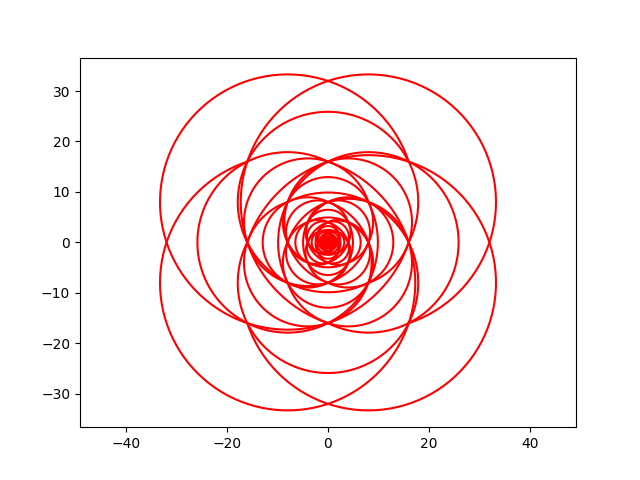
Repository: lbylzkx/Circle-Point-Manuscript
Script's output: python 卍spiral.py
These files come from the project's save history. The script's output is drawn as it stood at one moment and after the next save; the edit follows.
Random numbers start from a fixed seed.

Above is the script's output before, as saved 2023-09-25 16:39:48.

### 卍spiral.py
import numpy as np
import matplotlib.pyplot as plt
from arc import *


# The points of 卍 or lotus

# 正旋(右旋)
# center:
def loutus_x_center(n, thelta=0):
    return np.sqrt(2)**(n-1)*np.cos(n*np.pi/4+3*np.pi/4+thelta)


def loutus_y_center(n, thelta=0):
    return np.sqrt(2)**(n-1)*np.sin(n*np.pi/4+3*np.pi/4+thelta)


# from:
def x_position(n, thelta=0):
    return np.sqrt(2)**n*np.cos(n*np.pi/4+thelta)


def y_position(n, thelta=0):
    return np.sqrt(2)**n*np.sin(n*np.pi/4+thelta)

# to:


def loutus_x_to(n, thelta=0):
    return np.sqrt(2)**(n+1)*np.cos(n*np.pi/4+np.pi/4+thelta)


def loutus_y_to(n, thelta=0):
    return np.sqrt(2)**(n+1)*np.sin(n*np.pi/4+np.pi/4+thelta)

# 逆旋(左旋)
# center:


def loutus_x_center_inverse(n, thelta=0):
    return np.sqrt(2)**(n-1)*np.cos(n*np.pi/4+7*np.pi/4+thelta)


def loutus_y_center_inverse(n, thelta=0):
    return np.sqrt(2)**(n-1)*np.sin(n*np.pi/4+7*np.pi/4+thelta)


# from:
def loutus_x_from_inverse(n, thelta=0):
    return np.sqrt(2)**(n+1)*np.cos(n*np.pi/4+thelta)


def loutus_y_from_inverse(n, thelta=0):
    return np.sqrt(2)**(n+1)*np.sin(n*np.pi/4+thelta)


# to:


def loutus_x_to_inverse(n, thelta=0):
    return np.sqrt(2)**n*np.cos(n*np.pi/4+np.pi/2+thelta)


def loutus_y_to_inverse(n, thelta=0):
    return np.sqrt(2)**n*np.sin(n*np.pi/4+np.pi/2+thelta)


for alpha in range(0, 4):
    for n in range(-10, 9):
        arc((loutus_x_center(n, alpha*np.pi/2), loutus_y_center(n, alpha*np.pi/2)),
            (x_position(n, alpha*np.pi/2), y_position(n, alpha*np.pi/2)), (loutus_x_to(n, alpha*np.pi/2), loutus_y_to(n, alpha*np.pi/2)), 'r')
    # arc((loutus_x_center_inverse(n, alpha*np.pi/2), loutus_y_center_inverse(n, alpha*np.pi/2)),
    #     (x_position_inverse(n, alpha*np.pi/2), y_position_inverse(n, alpha*np.pi/2)), (loutus_x_to_inverse(n, alpha*np.pi/2), loutus_y_to_inverse(n, alpha*np.pi/2)), 'r')
# arc((loutus_x_center_inverse(8, alpha*np.pi/2), loutus_y_center_inverse(8, alpha*np.pi/2)),
#     (x_position_inverse(8, alpha*np.pi/2), y_position_inverse(8, alpha*np.pi/2)), (loutus_x_to_inverse(8, alpha*np.pi/2), loutus_y_to_inverse(8, alpha*np.pi/2)), 'r')
plt.axis('equal')
plt.show()

### arc.py
import matplotlib.pyplot as plt
import numpy as np
import sys
sys.path.append('C:/Userslbylzk/Documents/BaiduSyncdisk/Flowers')

""""""
# 从point2到point1的圆弧
""""""

# 顺时针


def arc(center, point1, point2, color='b'):
    # 计算端点到圆心的向量
    vector1 = np.array(point1) - np.array(center)
    vector2 = np.array(point2) - np.array(center)

    # 计算向量的模长
    r1 = np.linalg.norm(vector1)
    r2 = np.linalg.norm(vector2)

    # 计算向量之间的夹角
    theta1 = np.arctan2(vector1[1], vector1[0])
    theta2 = np.arctan2(vector2[1], vector2[0])

    # 确保 theta2 > theta1
    if theta1 < theta2:
        theta1 += 2 * np.pi

    # 计算圆弧上的点
    t = np.linspace(theta1, theta2, 100)
    x = center[0] + r1 * np.cos(t)
    y = center[1] + r1 * np.sin(t)

    # X,Y轴等长
    plt.axis('equal')
    # 绘制圆弧
    plt.plot(x, y, color)

# 逆时针


def arc_inverse(center, point1, point2, color='b'):
    # 计算端点到圆心的向量
    vector1 = np.array(point1) - np.array(center)
    vector2 = np.array(point2) - np.array(center)

    # 计算向量的模长
    r1 = np.linalg.norm(vector1)
    r2 = np.linalg.norm(vector2)

    # 计算向量之间的夹角
    theta1 = np.arctan2(vector1[1], vector1[0])
    theta2 = np.arctan2(vector2[1], vector2[0])

    # 确保 theta2 > theta1
    if theta2 < theta1:
        theta2 += 2 * np.pi

    # 计算圆弧上的点
    t = np.linspace(theta1, theta2, 100)
    x = center[0] + r1 * np.cos(t)
    y = center[1] + r1 * np.sin(t)

    # X,Y轴等长
    plt.axis('equal')
    # 绘制圆弧
    plt.plot(x, y, color)


# 示例
# arc((1, 1), (2, 1), (1, 0), 'r')
# arc((1, 1), (1, 0), (2, 1), 'r')
# arc_inverse((1, 1), (1, 0), (2, 1), 'g')
# plt.axis('equal')
# plt.show()

After the next save:
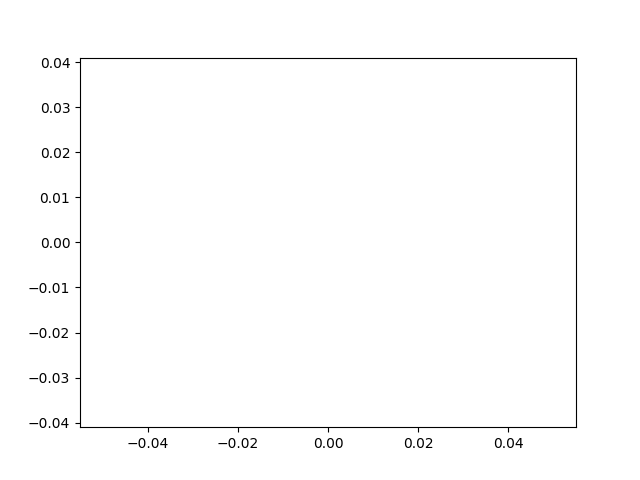
Saved 25 s later.
--- a/卍spiral.py
+++ b/卍spiral.py
@@ -65,10 +65,10 @@ def loutus_y_to_inverse(n, thelta=0):
     return np.sqrt(2)**n*np.sin(n*np.pi/4+np.pi/2+thelta)
 
 
-for alpha in range(0, 4):
-    for n in range(-10, 9):
-        arc((loutus_x_center(n, alpha*np.pi/2), loutus_y_center(n, alpha*np.pi/2)),
-            (x_position(n, alpha*np.pi/2), y_position(n, alpha*np.pi/2)), (loutus_x_to(n, alpha*np.pi/2), loutus_y_to(n, alpha*np.pi/2)), 'r')
+# for alpha in range(0, 4):
+#     for n in range(-10, 9):
+#         arc((loutus_x_center(n, alpha*np.pi/2), loutus_y_center(n, alpha*np.pi/2)),
+#             (x_position(n, alpha*np.pi/2), y_position(n, alpha*np.pi/2)), (loutus_x_to(n, alpha*np.pi/2), loutus_y_to(n, alpha*np.pi/2)), 'r')
     # arc((loutus_x_center_inverse(n, alpha*np.pi/2), loutus_y_center_inverse(n, alpha*np.pi/2)),
     #     (x_position_inverse(n, alpha*np.pi/2), y_position_inverse(n, alpha*np.pi/2)), (loutus_x_to_inverse(n, alpha*np.pi/2), loutus_y_to_inverse(n, alpha*np.pi/2)), 'r')
 # arc((loutus_x_center_inverse(8, alpha*np.pi/2), loutus_y_center_inverse(8, alpha*np.pi/2)),
